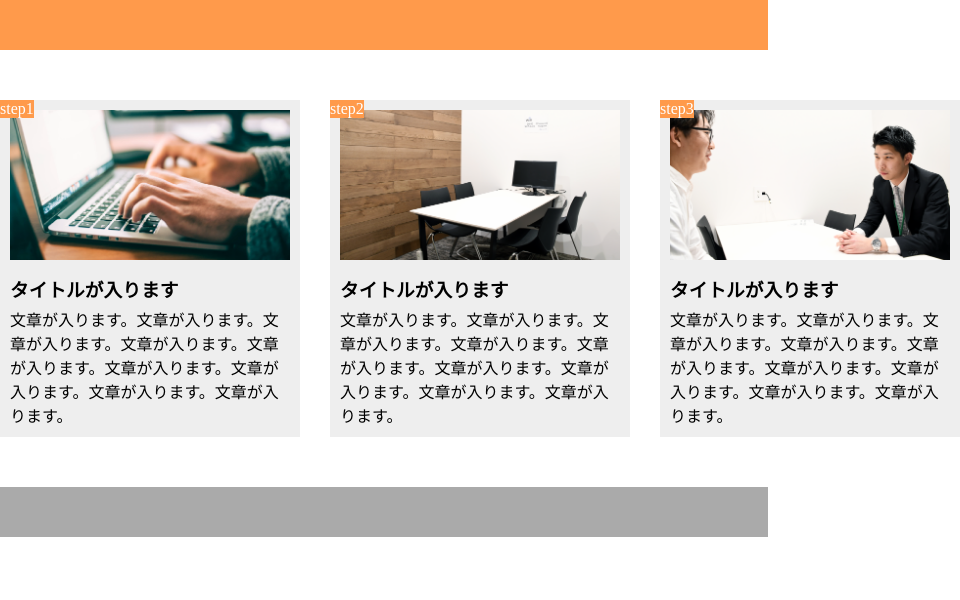
Repository: Akito33/html-css
Page: homework1/homework1.html
The author's editor kept a record of every edit. The page is drawn from the files as they stood at one moment, then again after the next edit.
The browser window is 768 px wide. The page is 960 px wide, then 768 px, so the pictures cover 960 px, including what lies to the right of the window. The pictures show the whole page.

Above is the page before.

After the next edit:
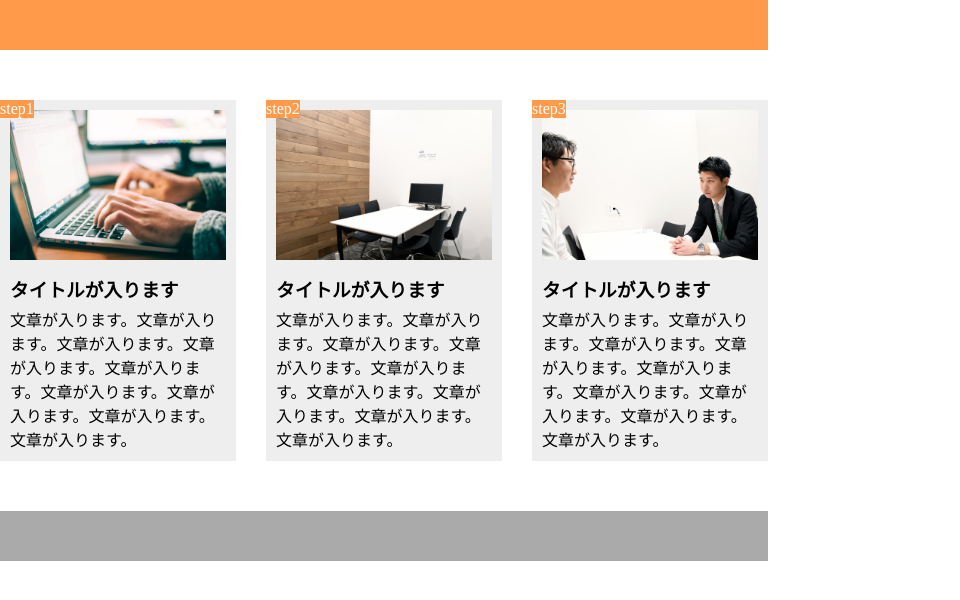
The edit:
--- a/homework1/homework1.css
+++ b/homework1/homework1.css
@@ -72,7 +72,7 @@
 }
 
 @media screen and (max-width: 768px) {
-  header{
+  main{
     width:100%;
   }
 }
